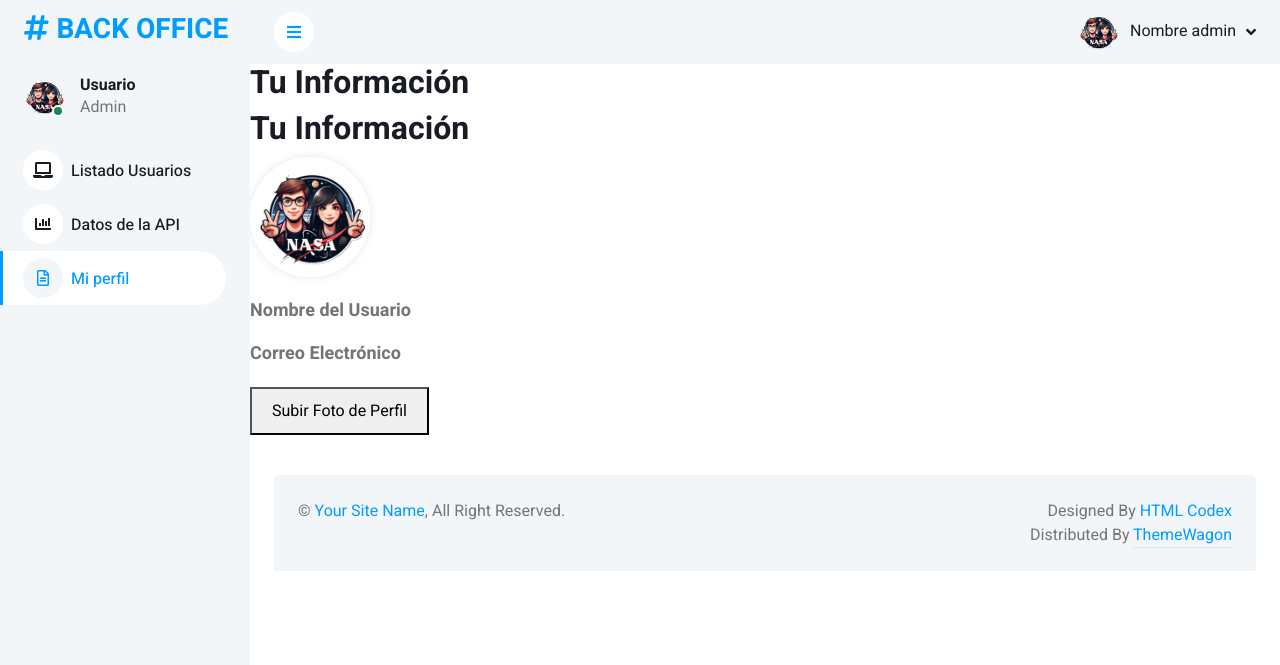
Repository: altamirano146080/CodigoSSI
Page: final/dashmin/perfilAdmin.html
These files come from the project's save history. The page is drawn as it stood at one moment and after the next save; the edit follows.
The browser window is 1280 px wide. The pictures show the whole page.
Some web libraries are served in a nearby version.

Above is the page before, as saved 2024-12-03 18:15:03.
Console error: TypeError: Cannot read properties of undefined (reading 'getContext')

### final/dashmin/perfilAdmin.html
<!DOCTYPE html>
<html lang="en">

<head>
    <meta charset="utf-8">
    <title>DASHMIN - Bootstrap Admin Template</title>
    <meta content="width=device-width, initial-scale=1.0" name="viewport">
    <meta content="" name="keywords">
    <meta content="" name="description">

    <!-- Favicon -->
    <link href="img/favicon.ico" rel="icon">

    <!-- Google Web Fonts -->
    <link rel="preconnect" href="https://fonts.googleapis.com">
    <link rel="preconnect" href="https://fonts.gstatic.com" crossorigin>
    <link href="https://fonts.googleapis.com/css2?family=Heebo:wght@400;500;600;700&display=swap" rel="stylesheet">

    <!-- Icon Font Stylesheet -->
    <link href="https://cdnjs.cloudflare.com/ajax/libs/font-awesome/5.10.0/css/all.min.css" rel="stylesheet">
    <link href="https://cdn.jsdelivr.net/npm/bootstrap-icons@1.4.1/font/bootstrap-icons.css" rel="stylesheet">

    <!-- Libraries Stylesheet -->
    <link href="lib/owlcarousel/assets/owl.carousel.min.css" rel="stylesheet">
    <link href="lib/tempusdominus/css/tempusdominus-bootstrap-4.min.css" rel="stylesheet" />

    <!-- Customized Bootstrap Stylesheet -->
    <link href="css/bootstrap.min.css" rel="stylesheet">

    <!-- Template Stylesheet -->
    <link href="css/style.css" rel="stylesheet">
</head>

<body>
    <div class="container-xxl position-relative bg-white d-flex p-0">
        <!-- Spinner Start -->
        <div id="spinner"
            class="show bg-white position-fixed translate-middle w-100 vh-100 top-50 start-50 d-flex align-items-center justify-content-center">
            <div class="spinner-border text-primary" style="width: 3rem; height: 3rem;" role="status">
                <span class="sr-only">Loading...</span>
            </div>
        </div>
        <!-- Spinner End -->


        <!-- Sidebar Start -->
        <div class="sidebar pe-4 pb-3">
            <nav class="navbar bg-light navbar-light">
                <a href="menu.html" class="navbar-brand mx-4 mb-3">
                    <h3 class="text-primary"><i class="fa fa-hashtag me-2"></i>BACK OFFICE</h3>
                </a>
                <div class="d-flex align-items-center ms-4 mb-4">
                    <div class="position-relative">
                        <img class="rounded-circle" src="img/logo.png" alt="" style="width: 40px; height: 40px;">
                        <div
                            class="bg-success rounded-circle border border-2 border-white position-absolute end-0 bottom-0 p-1">
                        </div>
                    </div>
                    <div class="ms-3">
                        <h6 class="mb-0" id="username_display">Usuario</h6>
                        <span>Admin</span>
                    </div>
                </div>
                <div class="navbar-nav w-100">
                    <a href="menu.html" class="nav-item nav-link"><i class="fa fa-laptop me-2"></i>Listado Usuarios</a>
                    <!--
                    <div class="nav-item dropdown">
                        <a href="#" class="nav-link dropdown-toggle" data-bs-toggle="dropdown"><i class="fa fa-laptop me-2"></i>Datos de la API</a>
                        <div class="dropdown-menu bg-transparent border-0">
                            <a href="button.html" class="dropdown-item">Borrar información</a>
                            <a href="typography.html" class="dropdown-item">Rellenar información</a>
                        </div>
                    </div>
                    -->
                    <a href="datosAPI.html" class="nav-item nav-link"><i class="fa fa-chart-bar me-2"></i>Datos de la
                        API</a>
                    <a href="perfilAdmin.html" class="nav-item nav-link active"><i class="far fa-file-alt me-2"></i>Mi
                        perfil</a>
                </div>
            </nav>

        </div>
        <!-- Sidebar End -->


        <!-- Content Start -->
        <div class="content">
            <!-- Navbar Start -->
            <nav class="navbar navbar-expand bg-light navbar-light sticky-top px-4 py-0">
                <a href="menu.html" class="navbar-brand d-flex d-lg-none me-4">
                    <h2 class="text-primary mb-0"><i class="fa fa-hashtag"></i></h2>
                </a>
                <a href="#" class="sidebar-toggler flex-shrink-0">
                    <i class="fa fa-bars"></i>
                </a>
                <div class="navbar-nav align-items-center ms-auto">

                    <div class="nav-item dropdown">
                        <a href="#" class="nav-link dropdown-toggle" data-bs-toggle="dropdown">
                            <img class="rounded-circle me-lg-2" src="img/logo.png" alt=""
                                style="width: 40px; height: 40px;">
                                <span id="name_user" class="d-none d-lg-inline-flex">Nombre admin</span>
                            </a>
                        <div class="dropdown-menu dropdown-menu-end bg-light border-0 rounded-0 rounded-bottom m-0">

                            <div class="modal-header">
                                <h5 class="modal-title" id="changePasswordModalLabel"></h5>
                                <a href="perfilAdmin.html" class="dropdown-item">Cambiar mi contraseña

                                  <span aria-hidden="true">&times;</span>
                                </a>
                              </div>
                            <div class="modal-body">
                                <!-- Formulario para cambiar la contraseña -->
                                <!-- Formulario para cambiar la contraseña -->
                                <form id="changePasswordForm" action="../loginConMod/cambiarcontraseña.php" method="post">
                                  <div class="form-group">
                                    <label for="currentPassword">Contraseña actual</label>
                                    <input type="password" class="form-control" id="currentPassword" name="currentPassword" required>
                                  </div>
                                  <div class="form-group">
                                    <label for="newPassword">Nueva Contraseña</label>
                                    <input type="password" class="form-control" id="newPassword" name="newPassword" required>
                                  </div>
                                  <div class="form-group">
                                    <label for="confirmNewPassword">Confirmar Nueva Contraseña</label>
                                    <input type="password" class="form-control" id="confirmNewPassword" name="confirmNewPassword" required>
                                  </div>
                                  <button type="submit" class="btn btn-primary">Guardar Cambios</button>
                                </form>
                              </div>
                            <a href="../loginConMod/logout.php" class="dropdown-item">Log Out</a>
                        </div>
                    </div>
                </div>
            </nav>
            <!-- Navbar End -->


            <div class="heading_container">
                <h2>Tu Información</h2>
                <h2>Tu Información</h2>
                <div class="user_info">
                    <img id="user_avatar" src="img/logo.png" alt="Foto de Perfil"
                        style="width: 120px; height: 120px; border-radius: 50%; border: 4px solid #fff; box-shadow: 0 0 10px rgba(0, 0, 0, 0.1);">
                    <div style="margin-top: 20px;">
                        <p style="font-size: 18px; font-weight: bold;">Nombre del Usuario</p>
                        <p id="user_name" style="font-size: 16px; margin-bottom: 10px;"></p>
                        <p style="font-size: 18px; font-weight: bold;">Correo Electrónico</p>
                        <p id="user_email" style="font-size: 16px;"></p>
                    </div>
                    <!-- Formulario para subir archivo -->
                    <form id="upload_form" action="upload.php" method="POST" enctype="multipart/form-data">
                        <div style="margin-top: 20px;">
                            <input type="file" name="profile_picture" id="image_upload" style="display: none;" accept="*/*">
                            <button type="button" onclick="document.getElementById('image_upload').click()" style="padding: 10px 20px; font-size: 16px; cursor: pointer;">Subir Foto de Perfil</button>
                            <p id="file_name" style="margin-top: 10px; font-size: 14px; color: gray;"></p>
                        </div>
                    </form>
                </div>

                <script>
                    document.getElementById('image_upload').addEventListener('change', function (event) {
                        const file = event.target.files[0];
                        if (file) {
                            // Actualiza la imagen independientemente del tipo de archivo subido
                            const reader = new FileReader();
                            reader.onload = function (e) {
                                document.getElementById('user_avatar').src = e.target.result;
                                document.getElementById('file_name').textContent = `Archivo subido: ${file.name}`;
                                console.log("Archivo seleccionado:", file);  // Muestra el archivo en la consola
                                console.log("Imagen cargada desde FileReader:", e.target.result);  // Muestra el resultado de la carga de la imagen
                            };
                            reader.readAsDataURL(file);

                            // Crear un objeto FormData con el archivo para enviarlo por AJAX
                            const formData = new FormData();
                            formData.append('profile_picture', file);

                            // Enviar el archivo usando fetch
                            fetch('upload.php', {
                                method: 'POST',
                                body: formData
                            })
                            .then(response => response.text())  // Obtener la respuesta como texto
                            .then(data => {
                                console.log("Respuesta de PHP:", data);  // Muestra la respuesta en la consola
                                alert(data);  // Opcional: Mostrar la respuesta en un cuadro de alerta
                            })
                            .catch(error => {
                                console.error("Error en la carga del archivo:", error);
                            });
                        }
                    });
                </script>






                <!-- Footer Start -->
                <div class="container-fluid pt-4 px-4">
                    <div class="bg-light rounded-top p-4">
                        <div class="row">
                            <div class="col-12 col-sm-6 text-center text-sm-start">
                                &copy; <a href="#">Your Site Name</a>, All Right Reserved.
                            </div>
                            <div class="col-12 col-sm-6 text-center text-sm-end">
                                <!--/*** This template is free as long as you keep the footer author’s credit link/attribution link/backlink. If you'd like to use the template without the footer author’s credit link/attribution link/backlink, you can purchase the Credit Removal License from "https://htmlcodex.com/credit-removal". Thank you for your support. ***/-->
                                Designed By <a href="https://htmlcodex.com">HTML Codex</a>
                                </br>
                                Distributed By <a class="border-bottom" href="https://themewagon.com"
                                    target="_blank">ThemeWagon</a>
                            </div>
                        </div>
                    </div>
                </div>
                <!-- Footer End -->
            </div>
            <!-- Content End -->


            <!-- Back to Top -->
            <a href="#" class="btn btn-lg btn-primary btn-lg-square back-to-top"><i class="bi bi-arrow-up"></i></a>
        </div>

        <!-- JavaScript Libraries -->
        <script src="https://code.jquery.com/jquery-3.4.1.min.js"></script>
        <script src="https://cdn.jsdelivr.net/npm/bootstrap@5.0.0/dist/js/bootstrap.bundle.min.js"></script>
        <script src="lib/chart/chart.min.js"></script>
        <script src="lib/easing/easing.min.js"></script>
        <script src="lib/waypoints/waypoints.min.js"></script>
        <script src="lib/owlcarousel/owl.carousel.min.js"></script>
        <script src="lib/tempusdominus/js/moment.min.js"></script>
        <script src="lib/tempusdominus/js/moment-timezone.min.js"></script>
        <script src="lib/tempusdominus/js/tempusdominus-bootstrap-4.min.js"></script>

        <!-- Template Javascript -->
        <script src="js/main.js"></script>
        <script>
            $(document).ready(function () {
              // Hacer una solicitud AJAX para obtener los datos del usuario
              $.ajax({
                url: '../ulio-html/obtener_usuario.php', // Ruta del archivo PHP que devuelve los datos del usuario
                type: 'GET',
                dataType: 'json',
                success: function (data) {
                  // Actualizar la información del usuario en el frontend
                  $('#user_avatar').attr('src', data.avatar); // Actualizar la imagen de perfil
                  $('#user_name').text(data.nombre); // Actualizar el nombre del usuario
                  $('#user_email').text(data.correo); // Actualizar el correo electrónico del usuario
                  $('#username_display').text(data.nombre); // Actualizar el nombre de usuario en el sidebar
                  $('#name_user').text(data.nombre); // Actualizar el nombre del usuario

                },
                error: function () {
                  // Manejar errores de la solicitud AJAX
                  alert('Error al obtener los datos del usuario.');
                }
              });
            });
          </script>
          <script>
            // Cuando se hace clic en el botón para cambiar la contraseña, se muestra el modal
            $('.change-password-btn').on('click', function () {
              $('#changePasswordModal').modal('show');
            });

            // Event listener para el envío del formulario de cambio de contraseña
            $('#changePasswordForm').on('submit', function (event) {
              event.preventDefault(); // Evita el envío del formulario por defecto

              // Obtener los datos del formulario
              var formData = $(this).serialize();

              // Enviar los datos del formulario mediante AJAX
              $.ajax({
                type: 'POST',
                url: $(this).attr('action'),
                data: formData,
                success: function (response) {
                  // Manejar la respuesta del servidor
                  alert(response); // Mostrar mensaje de éxito o error
                  $('#changePasswordModal').modal('hide'); // Ocultar el modal
                },
                error: function () {
                  // Manejar errores de la solicitud AJAX
                  alert('Error al enviar la solicitud.');
                }
              });
            });

        </script>
    </body>

</html>

### final/dashmin/css/style.css
/********** Template CSS **********/
:root {
    --primary: #009CFF;
    --light: #F3F6F9;
    --dark: #191C24;
}

.back-to-top {
    position: fixed;
    display: none;
    right: 45px;
    bottom: 45px;
    z-index: 99;
}


/*** Spinner ***/
#spinner {
    opacity: 0;
    visibility: hidden;
    transition: opacity .5s ease-out, visibility 0s linear .5s;
    z-index: 99999;
}

#spinner.show {
    transition: opacity .5s ease-out, visibility 0s linear 0s;
    visibility: visible;
    opacity: 1;
}


/*** Button ***/
.btn {
    transition: .5s;
}

.btn.btn-primary {
    color: #FFFFFF;
}

.btn-square {
    width: 38px;
    height: 38px;
}

.btn-sm-square {
    width: 32px;
    height: 32px;
}

.btn-lg-square {
    width: 48px;
    height: 48px;
}

.btn-square,
.btn-sm-square,
.btn-lg-square {
    padding: 0;
    display: inline-flex;
    align-items: center;
    justify-content: center;
    font-weight: normal;
    border-radius: 50px;
}


/*** Layout ***/
.sidebar {
    position: fixed;
    top: 0;
    left: 0;
    bottom: 0;
    width: 250px;
    height: 100vh;
    overflow-y: auto;
    background: var(--light);
    transition: 0.5s;
    z-index: 999;
}

.content {
    margin-left: 250px;
    min-height: 100vh;
    background: #FFFFFF;
    transition: 0.5s;
}

@media (min-width: 992px) {
    .sidebar {
        margin-left: 0;
    }

    .sidebar.open {
        margin-left: -250px;
    }

    .content {
        width: calc(100% - 250px);
    }

    .content.open {
        width: 100%;
        margin-left: 0;
    }
}

@media (max-width: 991.98px) {
    .sidebar {
        margin-left: -250px;
    }

    .sidebar.open {
        margin-left: 0;
    }

    .content {
        width: 100%;
        margin-left: 0;
    }
}


/*** Navbar ***/
.sidebar .navbar .navbar-nav .nav-link {
    padding: 7px 20px;
    color: var(--dark);
    font-weight: 500;
    border-left: 3px solid var(--light);
    border-radius: 0 30px 30px 0;
    outline: none;
}

.sidebar .navbar .navbar-nav .nav-link:hover,
.sidebar .navbar .navbar-nav .nav-link.active {
    color: var(--primary);
    background: #FFFFFF;
    border-color: var(--primary);
}

.sidebar .navbar .navbar-nav .nav-link i {
    width: 40px;
    height: 40px;
    display: inline-flex;
    align-items: center;
    justify-content: center;
    background: #FFFFFF;
    border-radius: 40px;
}

.sidebar .navbar .navbar-nav .nav-link:hover i,
.sidebar .navbar .navbar-nav .nav-link.active i {
    background: var(--light);
}

.sidebar .navbar .dropdown-toggle::after {
    position: absolute;
    top: 15px;
    right: 15px;
    border: none;
    content: "\f107";
    font-family: "Font Awesome 5 Free";
    font-weight: 900;
    transition: .5s;
}

.sidebar .navbar .dropdown-toggle[aria-expanded=true]::after {
    transform: rotate(-180deg);
}

.sidebar .navbar .dropdown-item {
    padding-left: 25px;
    border-radius: 0 30px 30px 0;
}

.content .navbar .navbar-nav .nav-link {
    margin-left: 25px;
    padding: 12px 0;
    color: var(--dark);
    outline: none;
}

.content .navbar .navbar-nav .nav-link:hover,
.content .navbar .navbar-nav .nav-link.active {
    color: var(--primary);
}

.content .navbar .sidebar-toggler,
.content .navbar .navbar-nav .nav-link i {
    width: 40px;
    height: 40px;
    display: inline-flex;
    align-items: center;
    justify-content: center;
    background: #FFFFFF;
    border-radius: 40px;
}

.content .navbar .dropdown-toggle::after {
    margin-left: 6px;
    vertical-align: middle;
    border: none;
    content: "\f107";
    font-family: "Font Awesome 5 Free";
    font-weight: 900;
    transition: .5s;
}

.content .navbar .dropdown-toggle[aria-expanded=true]::after {
    transform: rotate(-180deg);
}

@media (max-width: 575.98px) {
    .content .navbar .navbar-nav .nav-link {
        margin-left: 15px;
    }
}


/*** Date Picker ***/
.bootstrap-datetimepicker-widget.bottom {
    top: auto !important;
}

.bootstrap-datetimepicker-widget .table * {
    border-bottom-width: 0px;
}

.bootstrap-datetimepicker-widget .table th {
    font-weight: 500;
}

.bootstrap-datetimepicker-widget.dropdown-menu {
    padding: 10px;
    border-radius: 2px;
}

.bootstrap-datetimepicker-widget table td.active,
.bootstrap-datetimepicker-widget table td.active:hover {
    background: var(--primary);
}

.bootstrap-datetimepicker-widget table td.today::before {
    border-bottom-color: var(--primary);
}


/*** Testimonial ***/
.progress .progress-bar {
    width: 0px;
    transition: 2s;
}


/*** Testimonial ***/
.testimonial-carousel .owl-dots {
    margin-top: 24px;
    display: flex;
    align-items: flex-end;
    justify-content: center;
}

.testimonial-carousel .owl-dot {
    position: relative;
    display: inline-block;
    margin: 0 5px;
    width: 15px;
    height: 15px;
    border: 5px solid var(--primary);
    border-radius: 15px;
    transition: .5s;
}

.testimonial-carousel .owl-dot.active {
    background: var(--dark);
    border-color: var(--primary);
}

Loaded but not shown: final/dashmin/lib/owlcarousel/assets/owl.carousel.min.css (common file); final/dashmin/lib/tempusdominus/css/tempusdominus-bootstrap-4.min.css (library); final/dashmin/css/bootstrap.min.css (library); final/dashmin/lib/chart/chart.min.js (library); final/dashmin/lib/easing/easing.min.js (common file); final/dashmin/lib/waypoints/waypoints.min.js (library); final/dashmin/lib/owlcarousel/owl.carousel.min.js (library); final/dashmin/lib/tempusdominus/js/moment.min.js (library); final/dashmin/lib/tempusdominus/js/moment-timezone.min.js (library); final/dashmin/lib/tempusdominus/js/tempusdominus-bootstrap-4.min.js (library); final/dashmin/js/main.js (206 lines, source omitted)

After the next save:
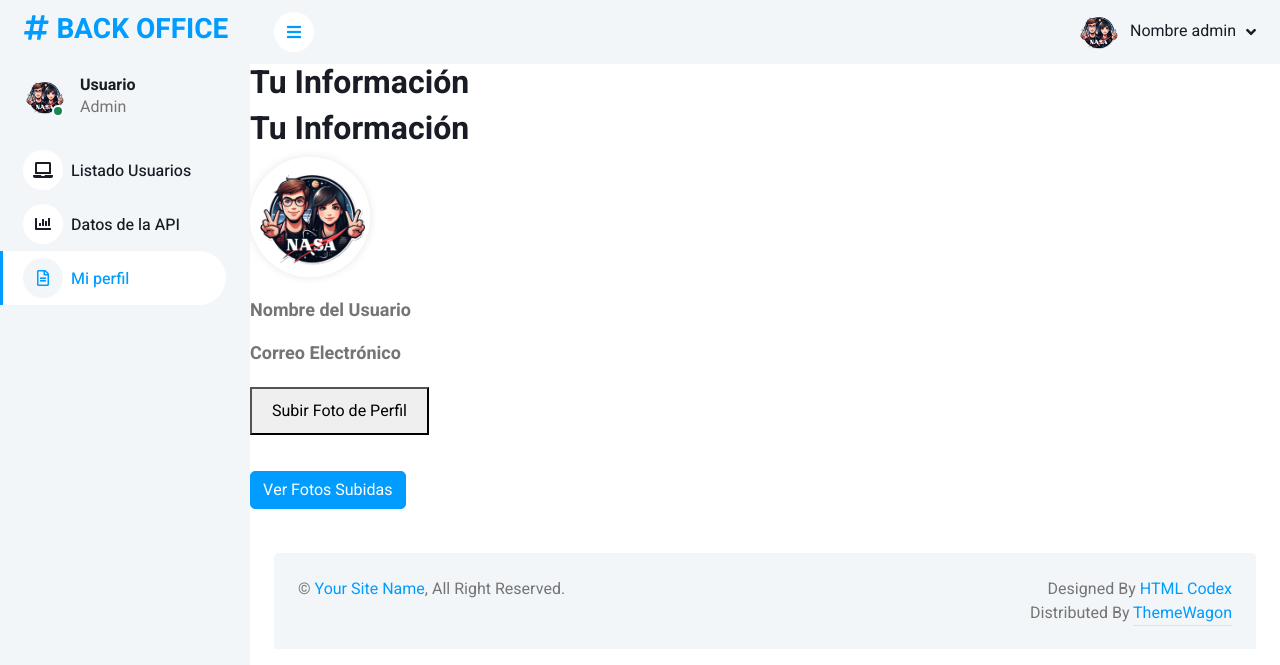
Saved 15 h 9 min later.
--- a/final/dashmin/perfilAdmin.html
+++ b/final/dashmin/perfilAdmin.html
@@ -193,6 +193,36 @@
                         }
                     });
                 </script>
+                <button id="viewUploads" class="btn btn-primary" style="margin-top: 20px;">Ver Fotos Subidas</button>
+                <div id="uploadsList" style="margin-top: 20px; font-size: 16px; color: gray;"></div>
+                <script>
+                    document.getElementById('viewUploads').addEventListener('click', function () {
+                        fetch('list_uploads.php')
+                            .then(response => response.json())
+                            .then(data => {
+                                const uploadsList = document.getElementById('uploadsList');
+                                uploadsList.innerHTML = ''; // Limpiar lista previa
+                                if (data.success) {
+                                    if (data.files.length > 0) {
+                                        data.files.forEach(file => {
+                                            const listItem = document.createElement('p');
+                                            listItem.textContent = file;
+                                            uploadsList.appendChild(listItem);
+                                        });
+                                    } else {
+                                        uploadsList.textContent = 'No hay archivos subidos.';
+                                    }
+                                } else {
+                                    uploadsList.textContent = 'Error al listar archivos.';
+                                }
+                            })
+                            .catch(error => {
+                                console.error('Error:', error);
+                                document.getElementById('uploadsList').textContent = 'Error al procesar la solicitud.';
+                            });
+                    });
+                </script>
+
 
 
 
